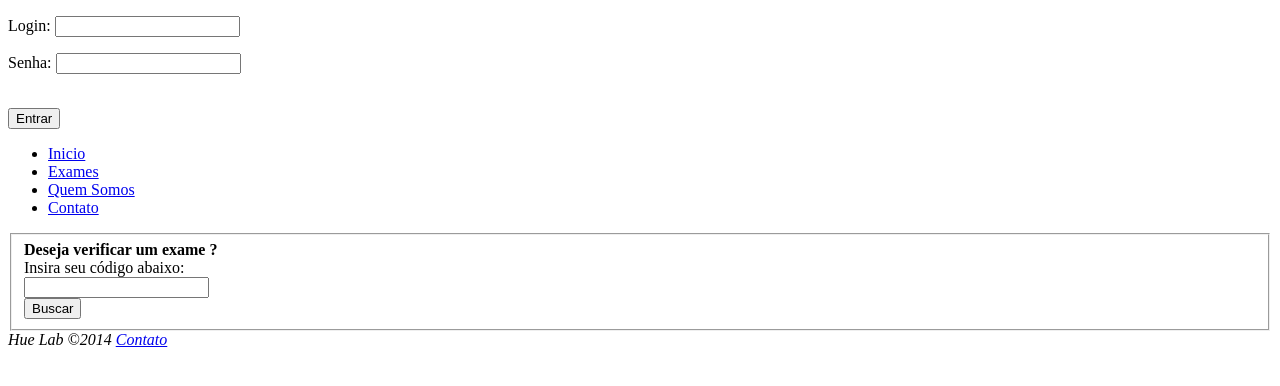
Repository: kokmz/TCCHUE
Page: http://localhost/LabWeb/index.jsp
These files come from the project's save history. The page is drawn as it stood at one moment and after the next save; the edit follows.
The browser window is 1280 px wide. The pictures show the whole page.
Some web libraries are served in a nearby version. The page is served by Tomcat 9.

Above is the page before, as saved 2014-10-18 21:58:12.
Console error: SyntaxError: Unexpected token '<'

After the next save:
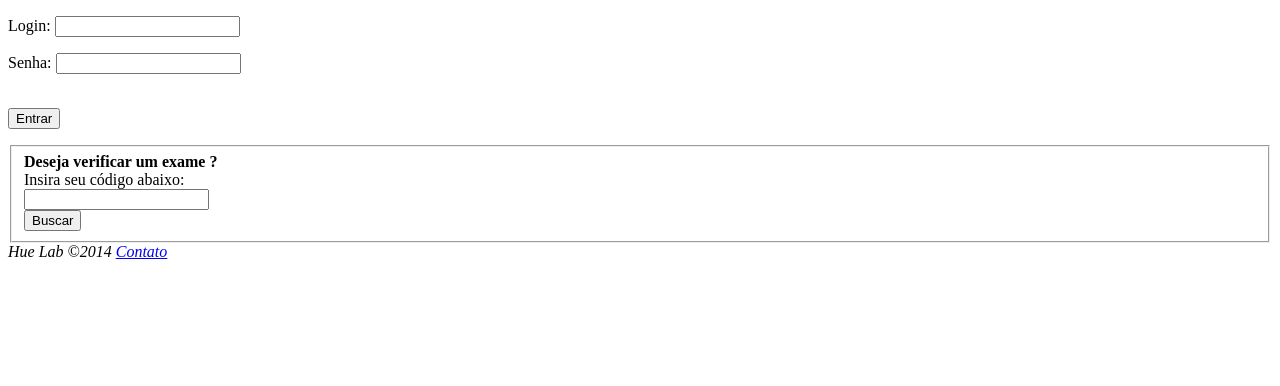
Saved 2 min 54 s later.
--- a/WebTCM/LabWeb/WebContent/index.jsp
+++ b/WebTCM/LabWeb/WebContent/index.jsp
@@ -14,17 +14,9 @@
 </head>
 <body>
 	<%@include file="inicio.jsp" %>
+	<%@include file="paginasjsp/menu.jsp" %>
 
-	<div id="cssmenu">
-	<ul>
-		<li class='active'><a href='index.jsp'><span>Inicio</span></a></li>
-   		<li><a href='laboratoriais.jsp'><span>Exames</span></a></li>
-   		<li><a href='quemsou.jsp'><span>Quem Somos</span></a></li>
-   		<li class='last'><a href='contato.jsp'><span>Contato</span></a></li>
-   		</ul>
-	</div>
-
-<div id="conteudo">
+	<div id="conteudo">
 		<div id="verificarcod">
 		<fieldset>
 			<label><b>Deseja verificar um exame ?</b></label><br/>
--- a/WebTCM/LabWeb/WebContent/paginasjsp/menu.jsp
+++ b/WebTCM/LabWeb/WebContent/paginasjsp/menu.jsp
@@ -9,7 +9,7 @@
 
    		<c:if test="${loginUsuario.perfil.gestor}">
 			<li class='active'><a href='index.jsp'><span>Inicio</span></a></li>
-   		<li><a href='laboratoriais.jsp'><span>Exames</span></a></li>
+   			<li><a href='laboratoriais.jsp'><span>Exames</span></a></li>
    			<li><a href='ListaPacienteServlet'><span>Pacientes</span></a></li>
 			<li><a href='duvida.jsp'><span>Dúvidas</span></a></li>
 			<li><a href="LogoutServlet"><span>Sair</span></a></li>
@@ -24,6 +24,7 @@
 			<li><a href='duvida.jsp'><span>Dúvidas</span></a></li>
 			<li><a href="LogoutServlet"><span>Sair</span></a></li>
 		</c:if>
+
 	</ul>
 
  </div>

After the 2 saves that followed:
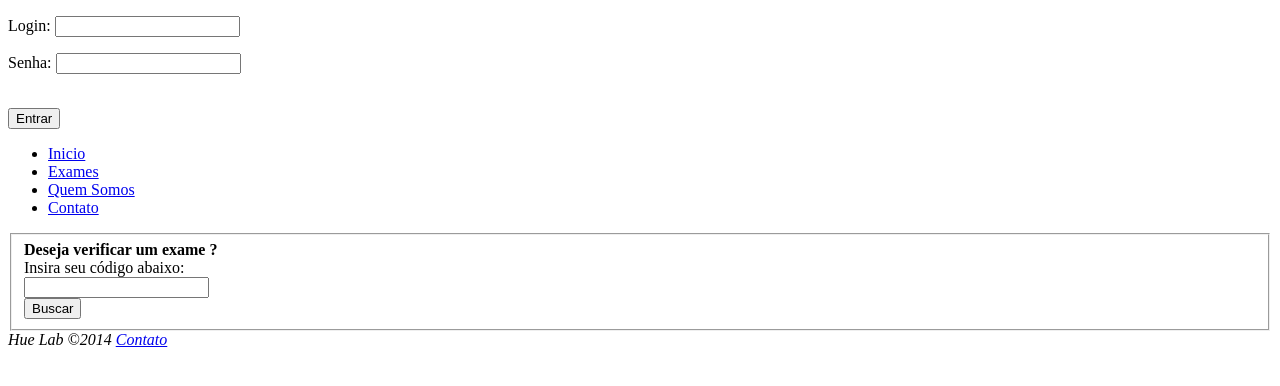
The 2 saves are shown as one change because 1 left the picture as it was.
The last was saved 60 s later.
--- a/WebTCM/LabWeb/WebContent/index.jsp
+++ b/WebTCM/LabWeb/WebContent/index.jsp
@@ -16,7 +16,7 @@
 	<%@include file="inicio.jsp" %>
 	<%@include file="paginasjsp/menu.jsp" %>
 
-	<div id="conteudo">
+<div id="conteudo">
 		<div id="verificarcod">
 		<fieldset>
 			<label><b>Deseja verificar um exame ?</b></label><br/>
--- a/WebTCM/LabWeb/WebContent/paginasjsp/menu.jsp
+++ b/WebTCM/LabWeb/WebContent/paginasjsp/menu.jsp
@@ -6,6 +6,10 @@
 <div id='pagina'>
 <div id='cssmenu'>
 <ul>
+		<li class='active'><a href='index.jsp'><span>Inicio</span></a></li>
+   		<li><a href='laboratoriais.jsp'><span>Exames</span></a></li>
+   		<li><a href='quemsou.jsp'><span>Quem Somos</span></a></li>
+   		<li class='last'><a href='contato.jsp'><span>Contato</span></a></li>
 
    		<c:if test="${loginUsuario.perfil.gestor}">
 			<li class='active'><a href='index.jsp'><span>Inicio</span></a></li>
